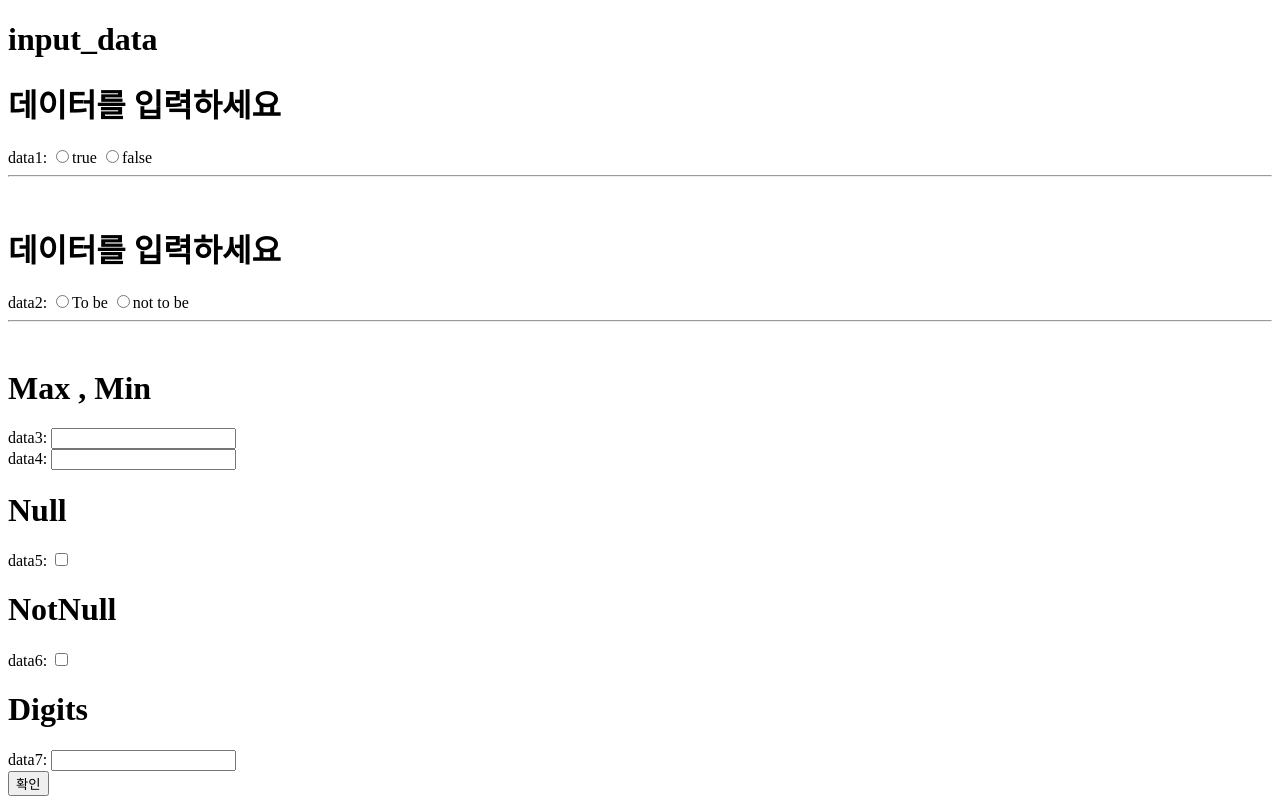
Repository: kangseongwuk/Spring
Page: http://localhost/SpringMiniProject/WEB-INF/views/input_data.jsp
These files come from the project's save history. The page is drawn as it stood at one moment and after the next save; the edit follows.
The browser window is 1280 px wide. The pictures show the whole page.
The page is served by Tomcat 9. Nobody is signed in. The template is opened directly, without the code that normally fills it, so the values that code supplies are empty.

Above is the page before, as saved 2022-10-20 07:51:14.

After the next save:
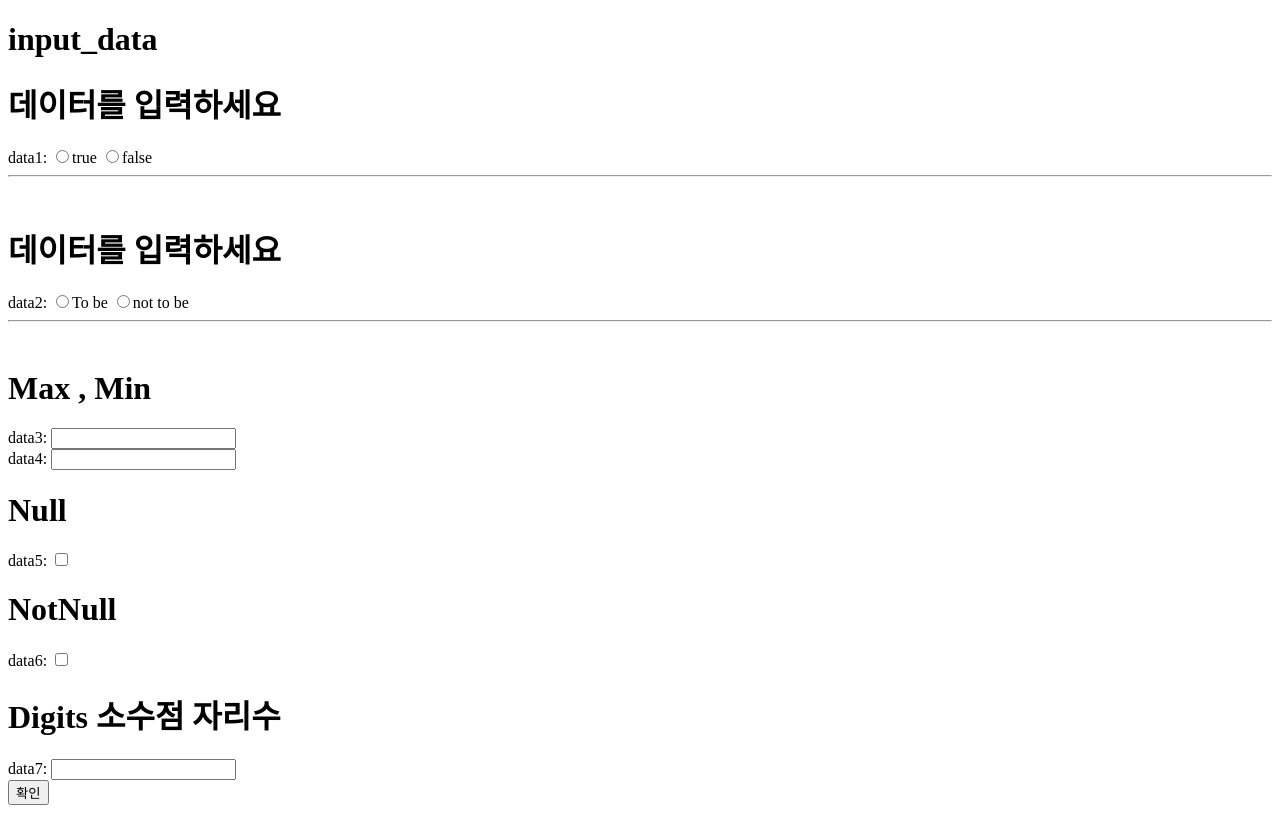
Saved 5 s later.
--- a/SpringMiniProject/src/main/webapp/WEB-INF/views/input_data.jsp
+++ b/SpringMiniProject/src/main/webapp/WEB-INF/views/input_data.jsp
@@ -36,7 +36,7 @@
 		data6: <form:checkbox path="data6" value="값"/>
 			<form:errors path="data6"/>	<br>
 
-	<h1>Digits</h1>
+	<h1>Digits 소수점 자리수</h1>
 		data7: <form:input path="data7"/>
 			<form:errors path="data7"/>	<br>
 
